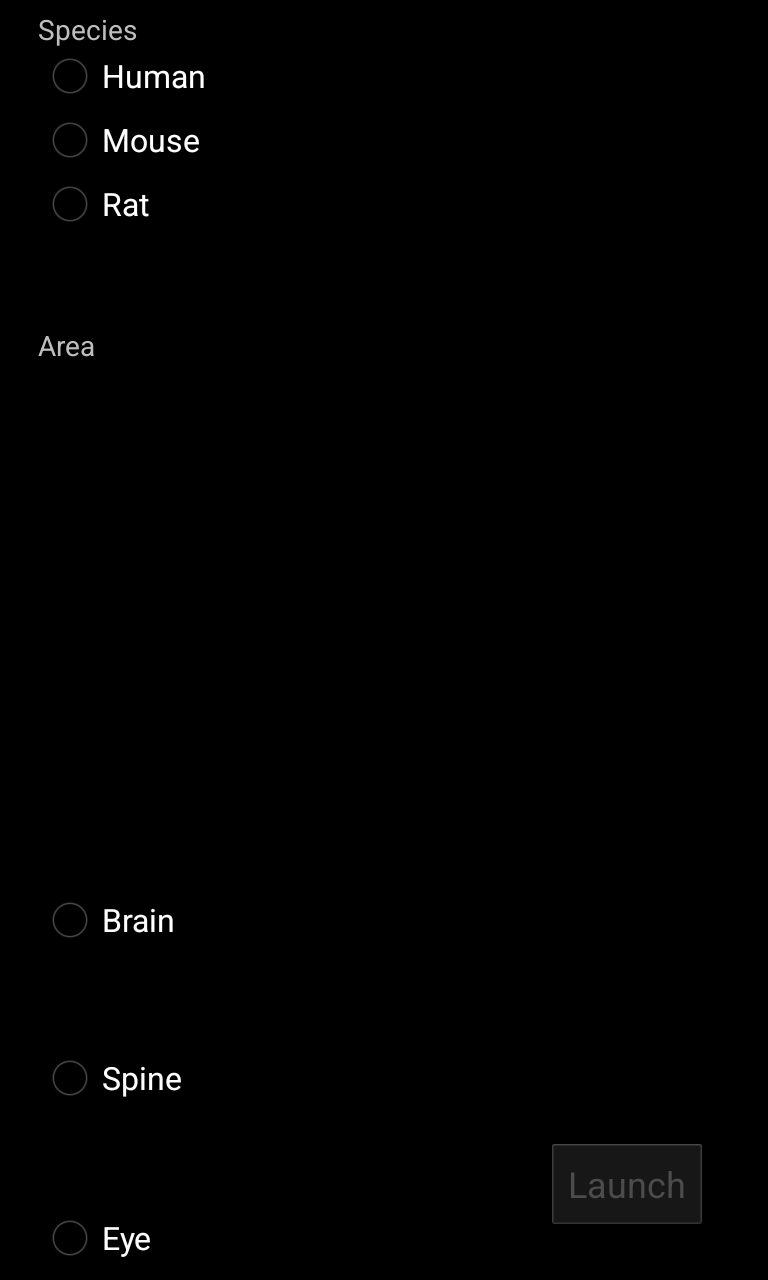
Repository: Ekarg/CSCE315Project3
Layout: Project3/res/layout/activity_main.xml
The author's editor kept a copy of each file at every save. The layout is drawn from the files as they stood at one save, then again after the next save.
It is drawn on a 768 x 1280 px phone screen (xhdpi) without system bars, with theme android:Theme.Holo; the app's code is not run.

Above is the layout before, as saved 2013-11-27 19:54:23.

After the next save:
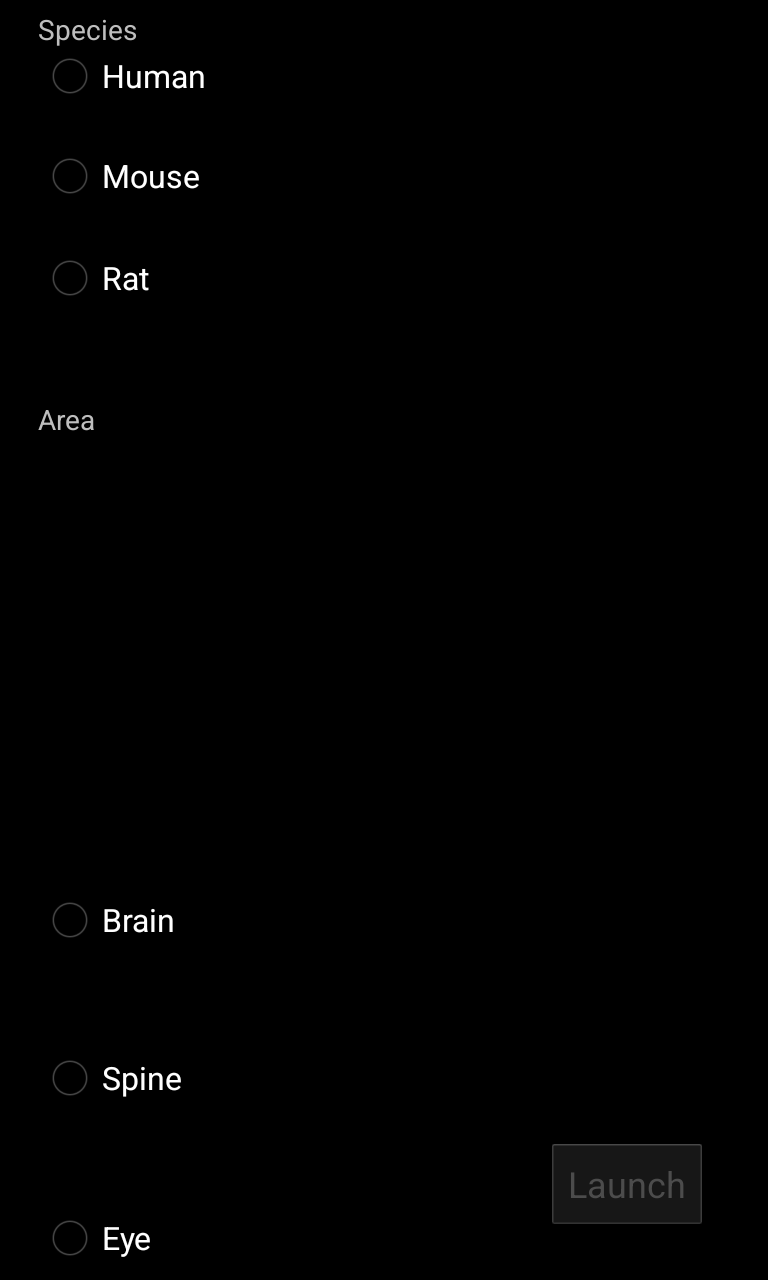
Saved 24 s later.
--- a/Project3/res/layout/activity_main.xml
+++ b/Project3/res/layout/activity_main.xml
@@ -52,7 +52,7 @@
             android:layout_height="wrap_content"
             android:layout_marginLeft="14dp"
             android:checked = "false"
-
+            android:layout_marginTop="18dp"
             android:text="@string/mouse"
             android:onClick="onRadioButtonClicked"/>
 
@@ -62,7 +62,7 @@
             android:layout_height="wrap_content"
             android:layout_marginLeft="14dp"
             android:checked = "false"
-
+            android:layout_marginTop="19dp"
             android:text="@string/rat"
             android:onClick="onRadioButtonClicked"/>
     </RadioGroup>
